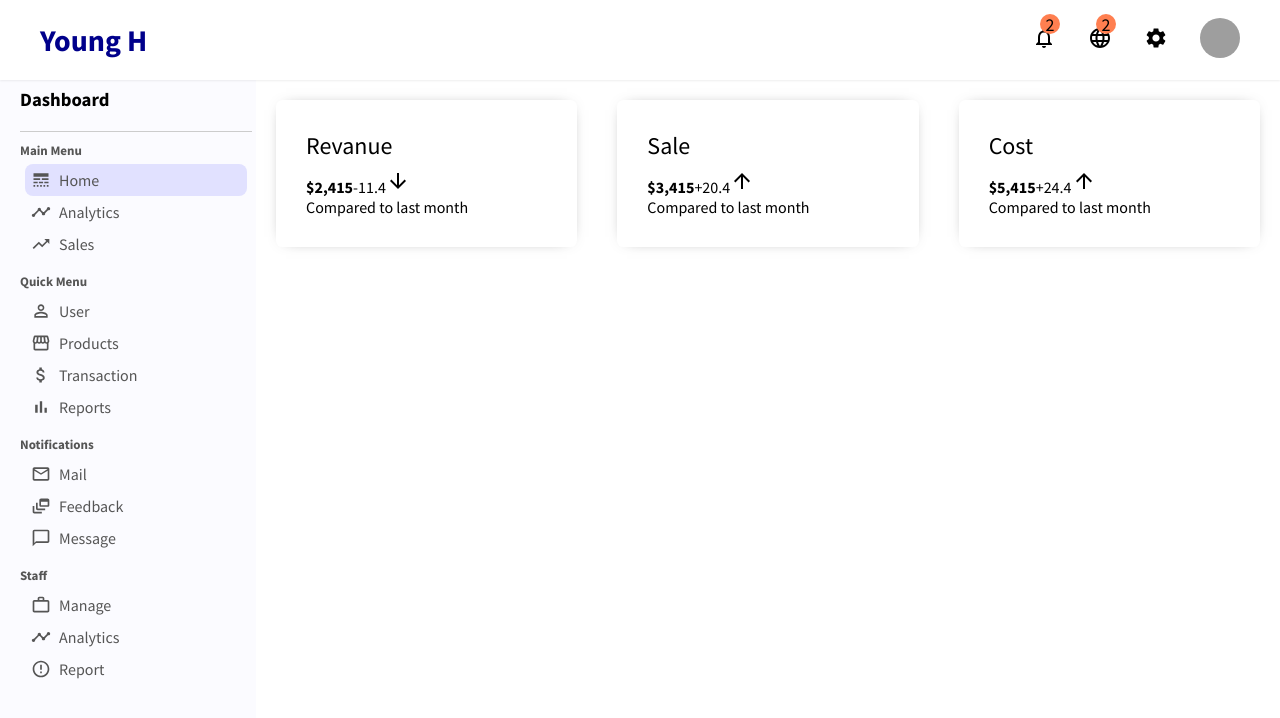
Repository: noname20011/admin
Page: /
These files come from the project's save history. The page is drawn as it stood at one moment and after the next save; the edit follows.
The browser window is 1280 px wide. The pictures show the whole page.
Pictures or frames that could not be fetched are drawn as grey boxes. The project was rebuilt for these pictures with package versions that can differ from the ones it lists, and the page was loaded fresh each time.

Above is the page before, as saved 2021-11-13 11:13:56.

After the next save:
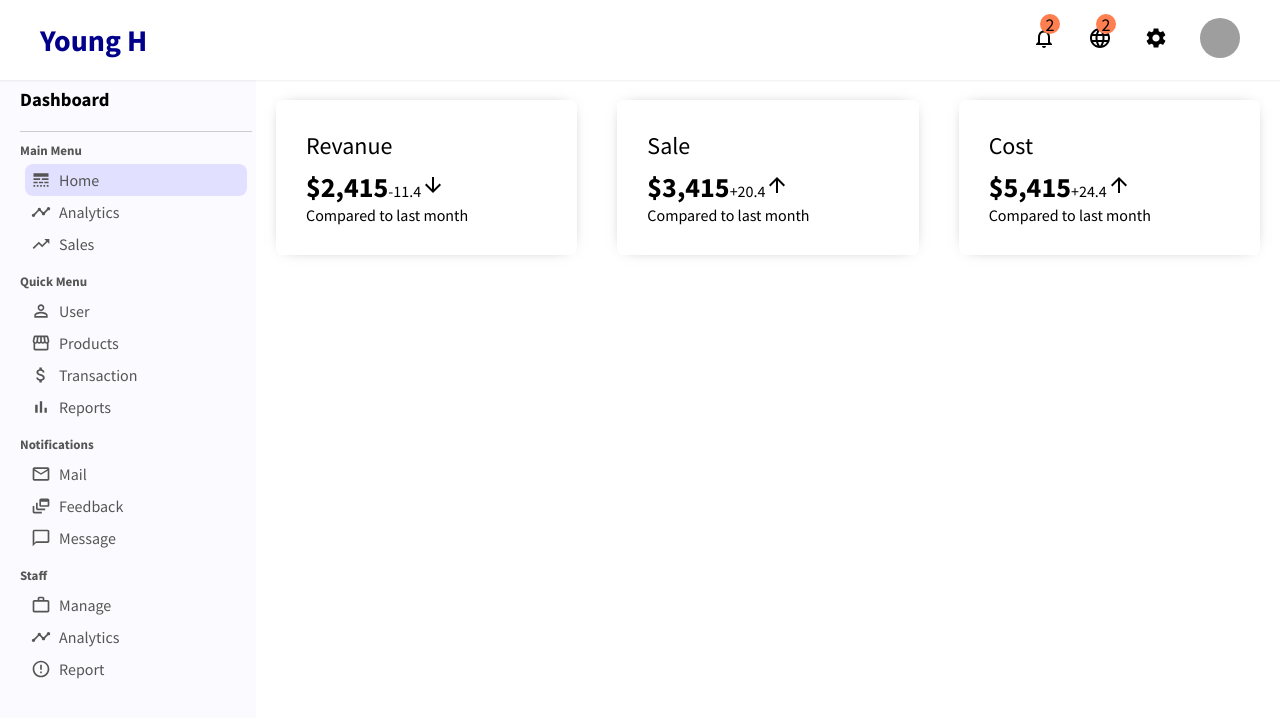
Saved 6 s later.
--- a/src/comopnents/featureInfo/feature.css
+++ b/src/comopnents/featureInfo/feature.css
@@ -25,4 +25,5 @@
 
 .featuredMoney {
     font-weight: bold;
+    font-size: 28px;
 }
